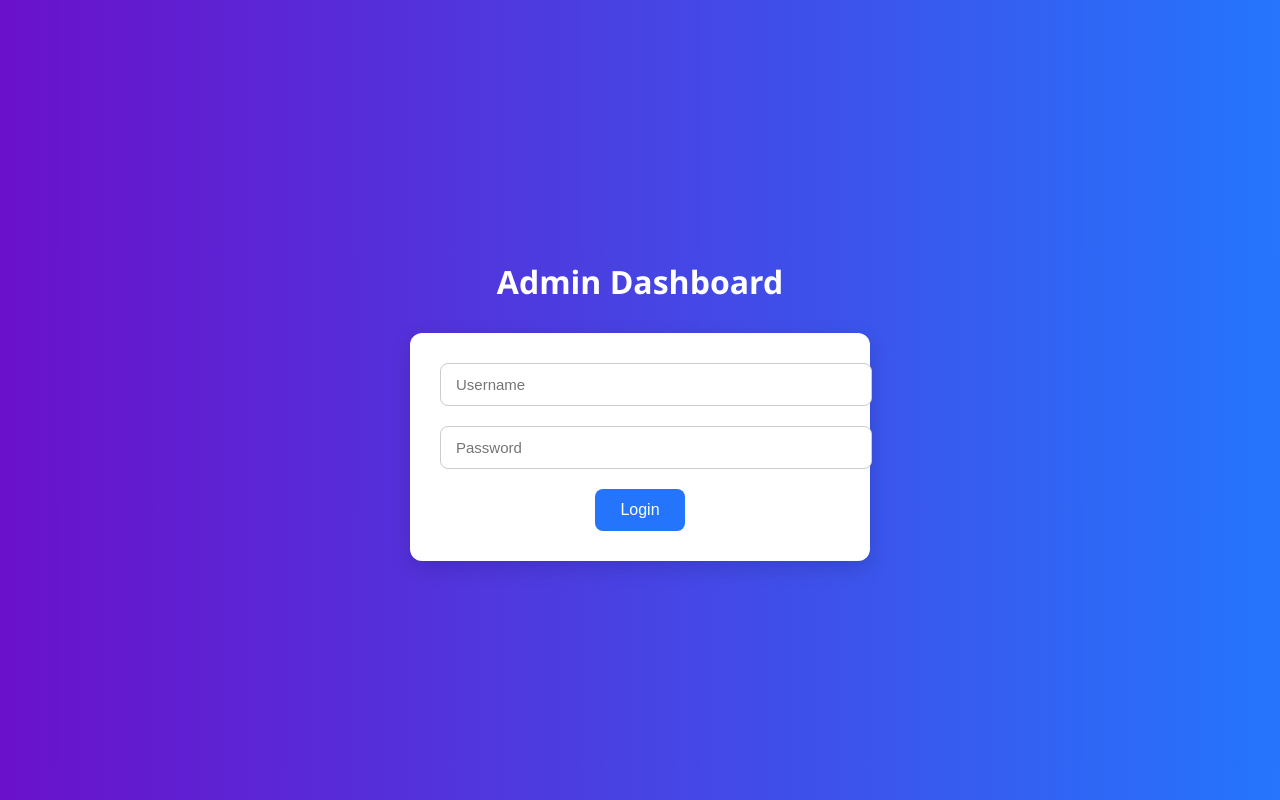
Repository: AfifaNoor/CRUD
Page: /
These files come from the project's save history. The page is drawn as it stood at one moment and after the next save; the edit follows.
The browser window is 1280 px wide. The pictures show the whole page.
The project was rebuilt for these pictures with package versions that can differ from the ones it lists, and the page was loaded fresh each time. Also part of the build but not shown: src/DashBoard.jsx, src/AddEmployee.jsx.

Above is the page before, as saved 2025-06-14 14:32:30.

### src/App.js
import AdminPage from "./AdminPage"
import Router from "./Router";
import { RouterProvider } from "react-router-dom";
function App() {
  return (
    <>
      <RouterProvider router={Router} />
    </>
  );
}

export default App;

### src/AdminPage.jsx
import React from 'react';
import './AdminPage.css';
import { useState } from 'react';
import { useNavigate } from 'react-router-dom';

const AdminPage = () => {
  const [username, setUsername] = useState('');
  const [password, setPassword] = useState('');
  const navigate = useNavigate();

  const handleSubmit =((e)=>{
    e.preventDefault();

   const hardcodedUsername = "Admin";
   const hardcodedPassword = "1234567";

   if ( username=== hardcodedUsername && password === hardcodedPassword){
    alert("login successfull")
    navigate('/dashboard');
   }else{
    alert ("invalid credential")
   }
  })
  return (
    <div className="admin-page">
      <h1>Admin Dashboard</h1>
      <form onSubmit={handleSubmit}>
        <input type='text' placeholder='Username' className='form-input' value={username} onChange={(e)=> setUsername(e.target.value)} required/>
      <input type='password' placeholder='Password'  className='form-input'  value={password} onChange={(e)=> setPassword(e.target.value)}required/>
      <div className="form-button">
        <button type="submit" >Login</button>
      </div>
      </form>

    </div>
  );
};
export default AdminPage;

### src/Router.jsx
import React from 'react'
import { createBrowserRouter, createRoutesFromElements, Route } from 'react-router-dom'
import Dashboard from './DashBoard'
import AdminPage from './AdminPage'
import AddEmployee from './AddEmployee';


const Router =createBrowserRouter (
    createRoutesFromElements(
        <>
            <Route path="/dashboard" element= {<Dashboard/>}/>
            <Route path="/" element={<AdminPage/>} />
            <Route path='/add-employee' element={<AddEmployee/>} />

        </>

));



export default Router;

### src/AdminPage.css
/* AdminPage.css */

.admin-page {
  min-height: 100vh;
  background: linear-gradient(to right, #6a11cb, #2575fc);
  display: flex;
  flex-direction: column;
  justify-content: center;
  align-items: center;
  padding: 40px;
  font-family: 'Segoe UI', Tahoma, Geneva, Verdana, sans-serif;
}

.admin-page h1 {
  color: #fff;
  margin-bottom: 30px;
  font-size: 32px;
  font-weight: 600;
}

form {
  background-color: #ffffff;
  padding: 30px;
  border-radius: 12px;
  box-shadow: 0 6px 20px rgba(0, 0, 0, 0.15);
  width: 100%;
  max-width: 400px;
}

.form-input {
  width: 100%;
  padding: 12px 15px;
  margin-bottom: 20px;
  border: 1px solid #ccc;
  border-radius: 8px;
  font-size: 15px;
  transition: border 0.3s ease;
}

.form-input:focus {
  border: 1px solid #2575fc;
  outline: none;
}

.form-button {
  text-align: center;
}

.form-button button {
  background-color: #2575fc;
  color: white;
  border: none;
  padding: 12px 25px;
  font-size: 16px;
  border-radius: 8px;
  cursor: pointer;
  transition: background-color 0.3s ease;
}

.form-button button:hover {
  background-color: #1b5edc;
}

Loaded but not shown: public/index.html (common file); src/index.js (common file); src/index.css (common file); src/reportWebVitals.js (common file)

After the next save:
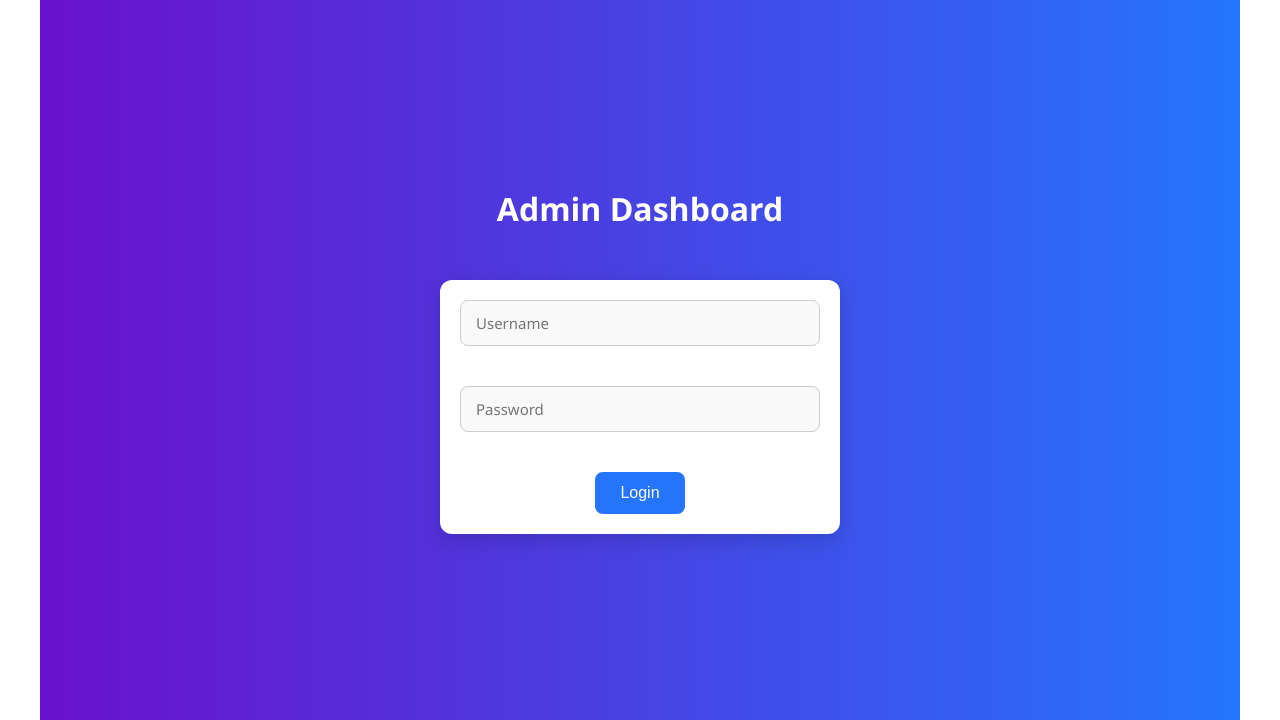
Saved 97 s later.
--- a/src/AdminPage.css
+++ b/src/AdminPage.css
@@ -9,6 +9,12 @@
   align-items: center;
   padding: 40px;
   font-family: 'Segoe UI', Tahoma, Geneva, Verdana, sans-serif;
+    color: #333;
+    box-sizing: border-box;
+    width: 100%;
+    max-width: 1200px;
+    margin: 0 auto;
+
 }
 
 .admin-page h1 {
@@ -16,6 +22,7 @@
   margin-bottom: 30px;
   font-size: 32px;
   font-weight: 600;
+
 }
 
 form {
@@ -25,6 +32,21 @@ form {
   box-shadow: 0 6px 20px rgba(0, 0, 0, 0.15);
   width: 100%;
   max-width: 400px;
+    box-sizing: border-box;
+    display: flex;
+    flex-direction: column;
+    align-items: center;
+    justify-content: center;
+    gap: 20px;
+    font-family: 'Segoe UI', Tahoma, Geneva, Verdana, sans-serif;
+    font-size: 16px;
+    color: #555;
+    font-weight: 500;
+    margin: 0 auto;
+    margin-top: 20px;
+    margin-bottom: 20px;
+    box-sizing: border-box;
+    padding: 20px;
 }
 
 .form-input {
@@ -35,11 +57,15 @@ form {
   border-radius: 8px;
   font-size: 15px;
   transition: border 0.3s ease;
+    box-sizing: border-box;
+    background-color: #f9f9f9;
+    font-family: 'Segoe UI', Tahoma, Geneva, Verdana, sans-serif;
 }
 
 .form-input:focus {
   border: 1px solid #2575fc;
   outline: none;
+
 }
 
 .form-button {
@@ -60,3 +86,32 @@ form {
 .form-button button:hover {
   background-color: #1b5edc;
 }
+.form-button button:disabled {
+  background-color: #ccc;
+  cursor: not-allowed;
+}
+.form-button button:disabled:hover {
+  background-color: #ccc;
+}
+.form-button button:disabled:active {
+  background-color: #ccc;
+}
+.form-button button:active {
+  background-color: #1b5edc;
+}
+.form-button button:focus {
+  outline: none;
+  box-shadow: 0 0 0 2px rgba(37, 117, 252, 0.3);
+}
+.form-button button:focus:hover {
+  background-color: #1b5edc;
+}
+.form-button button:focus:active {
+  background-color: #1b5edc;
+}
+.form-button button:focus:disabled {
+  background-color: #ccc;
+}
+.form-button button:focus:disabled:hover {
+  background-color: #ccc;
+}
